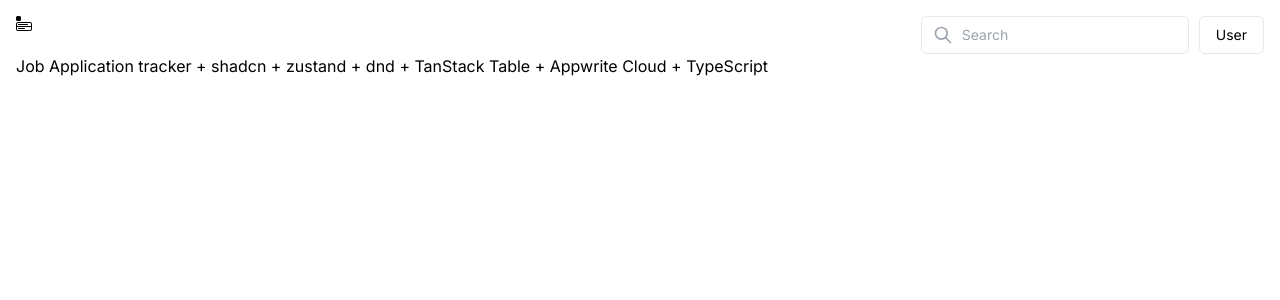
Repository: Vasil1001/job-applications-tracker-nextjs
Page: /
An editor plug-in stored every save of this project. The page is shown before and after a run of saves, followed by the edit.
The browser window is 1280 px wide. The pictures show the whole page.
The project was rebuilt for these pictures with package versions that can differ from the ones it lists, and the page was loaded fresh each time. The framework's server and built-in components were replaced by stand-ins that run in the browser. Also part of the build but not shown: next.config.js.

Above is the page before, as saved 2023-06-24 15:51:20.

After the next 3 saves:
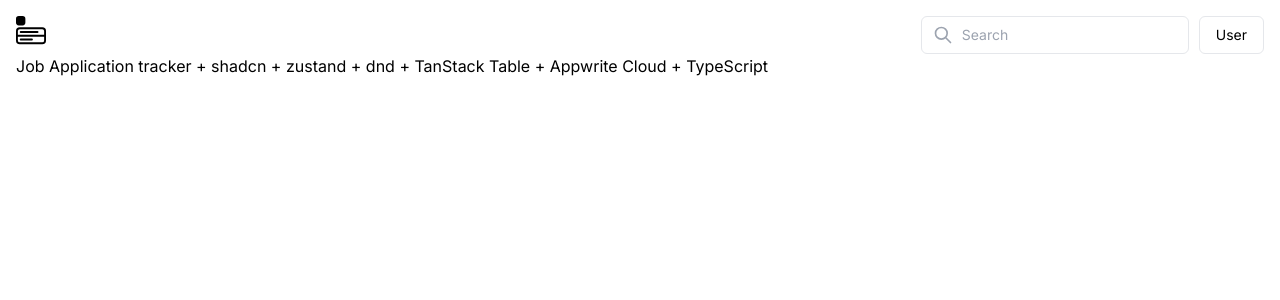
The 3 saves are shown as one change because they came seconds apart.
The last was saved 40 s later.
--- a/components/Header.tsx
+++ b/components/Header.tsx
@@ -11,7 +11,7 @@ export default function Header() {
     <div>
       <div className="flex justify-between">
         <div className="flex">
-            <BsFillMenuAppFill /> </div>
+            <BsFillMenuAppFill size={30} /> </div>
         <div className="flex gap-2.5">
           <SearchBar />
           <button className="py-2 px-4 text-black border focus-visible:outline-none focus-visible:ring-1 focus:ring-gray-400 bg-white border-gray-200 sm:text-sm rounded-md hover:border-gray-300 ">
